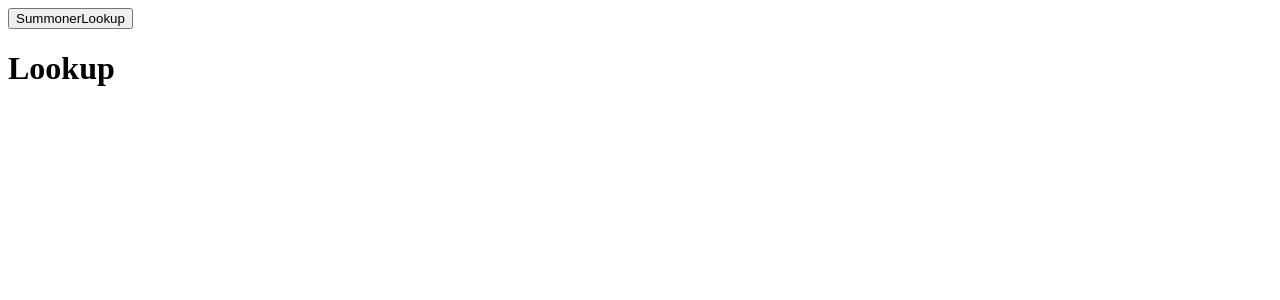
Repository: Dreifingerjpey/TestLos
Page: Eclipse/LeagueOfStalk/WebContent/HTML/SummonerLookup.html
An editor plug-in stored every save of this project. The page is shown before and after the next save, followed by the edit.
The browser window is 1280 px wide. The pictures show the whole page.

Above is the page before, as saved 2017-08-04 12:22:08.

### Eclipse/LeagueOfStalk/WebContent/HTML/SummonerLookup.html
<!DOCTYPE html>
<html>
<head>
<link rel="stylesheet" href="SummonerStyle.css" />
<form action="Summoner">
<input type="submit" value="SummonerLookup"/>
</form>
<meta charset="ISO-8859-1">
<title>SummonerLookup</title>
<h1>Lookup</h1>
</head>
<body>

</body>
</html>

### Eclipse/LeagueOfStalk/WebContent/HTML/SummonerStyle.css
<!DOCTYPE html>
<html>
<head>
<style>
body {
    background-color: red;
}
</style>
</head>
<body>


</body>
</html>

After the next save:
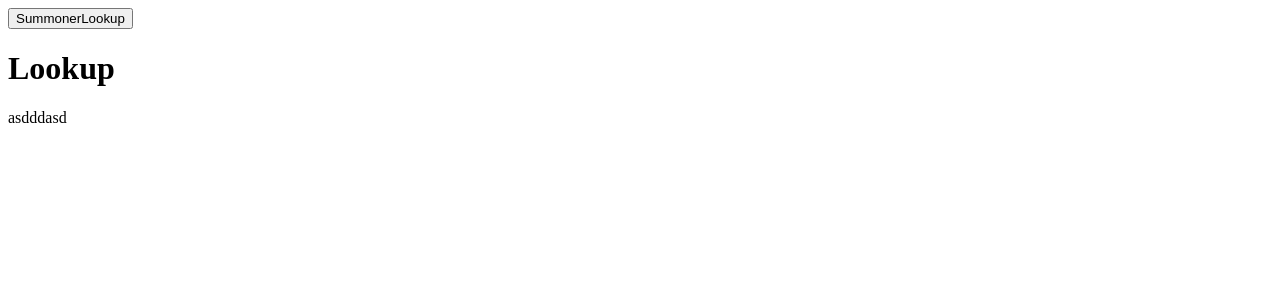
Saved 10 min 49 s later.
--- a/Eclipse/LeagueOfStalk/WebContent/HTML/SummonerLookup.html
+++ b/Eclipse/LeagueOfStalk/WebContent/HTML/SummonerLookup.html
@@ -8,6 +8,7 @@
 <meta charset="ISO-8859-1">
 <title>SummonerLookup</title>
 <h1>Lookup</h1>
+<label>asdddasd</label>
 </head>
 <body>
 
